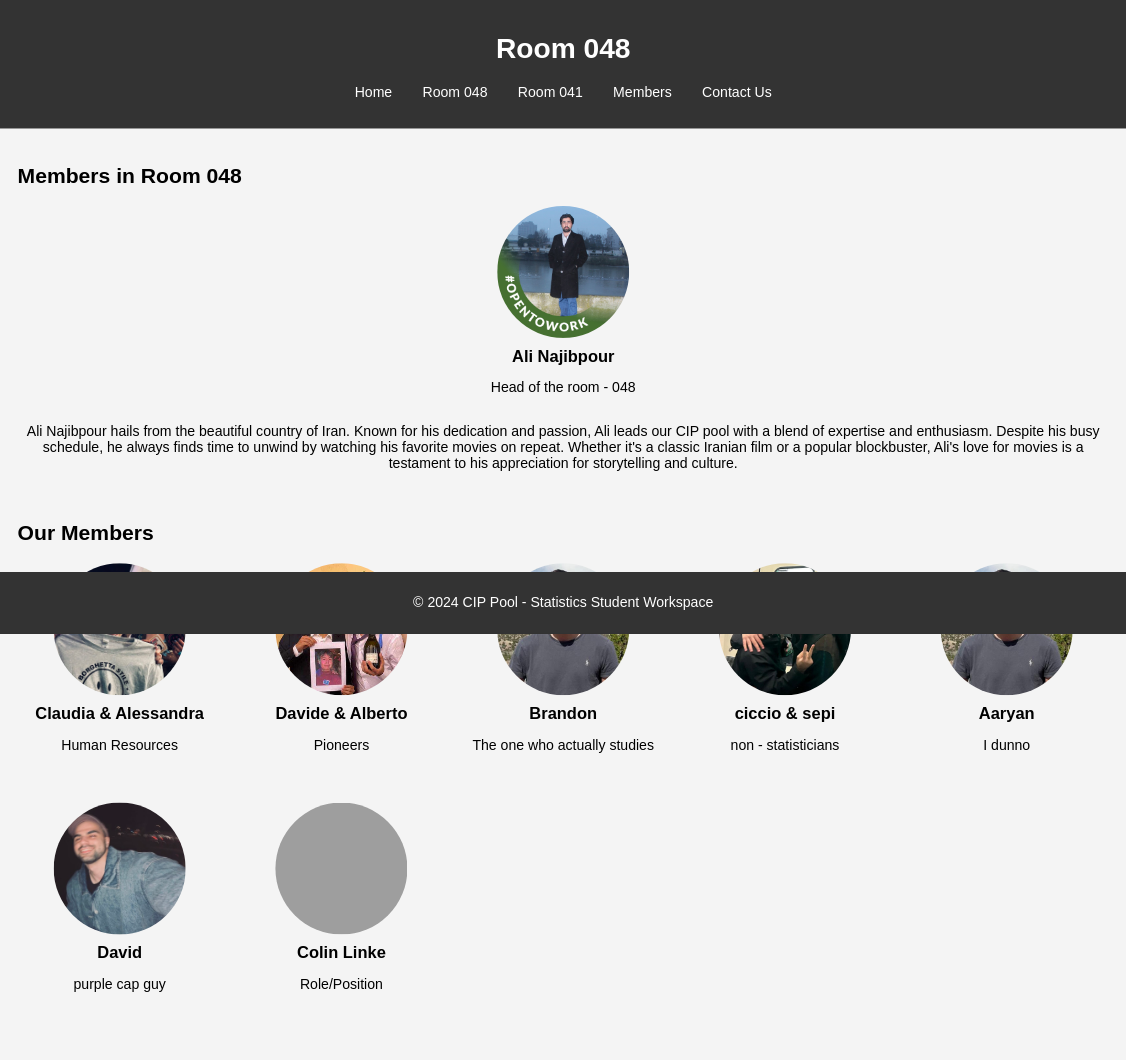
Repository: anjalisarawgi/cip_website
Page: room_048.html
An editor plug-in stored every save of this project. The page is shown before and after the next save, followed by the edit.
The browser window is 1280 px wide. The pictures show the whole page, at 88% of full size.
Pictures or frames that could not be fetched are drawn as grey boxes.

Above is the page before, as saved 2024-06-14 14:03:37.

After the next save:
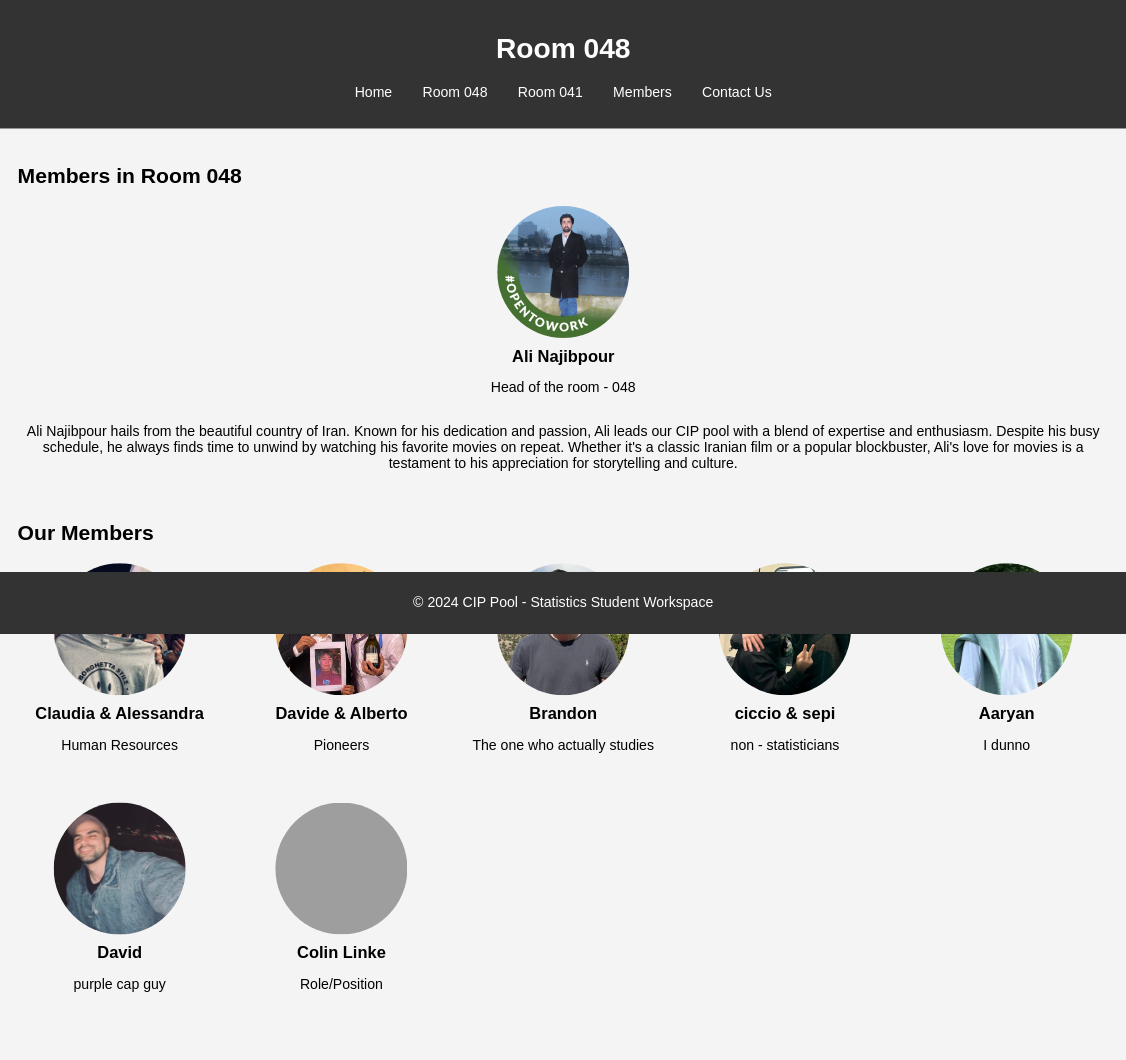
Saved 66 s later.
--- a/room_048.html
+++ b/room_048.html
@@ -66,7 +66,7 @@
                     </div>
                 </div>
                 <div class="member">
-                    <img src="images/brandon.jpeg" alt="Brandon" class="member-photo">
+                    <img src="images/aaryan.jpg" alt="Brandon" class="member-photo">
                     <div class="member-info">
                         <h3>Aaryan</h3>
                         <p>I dunno</p>
